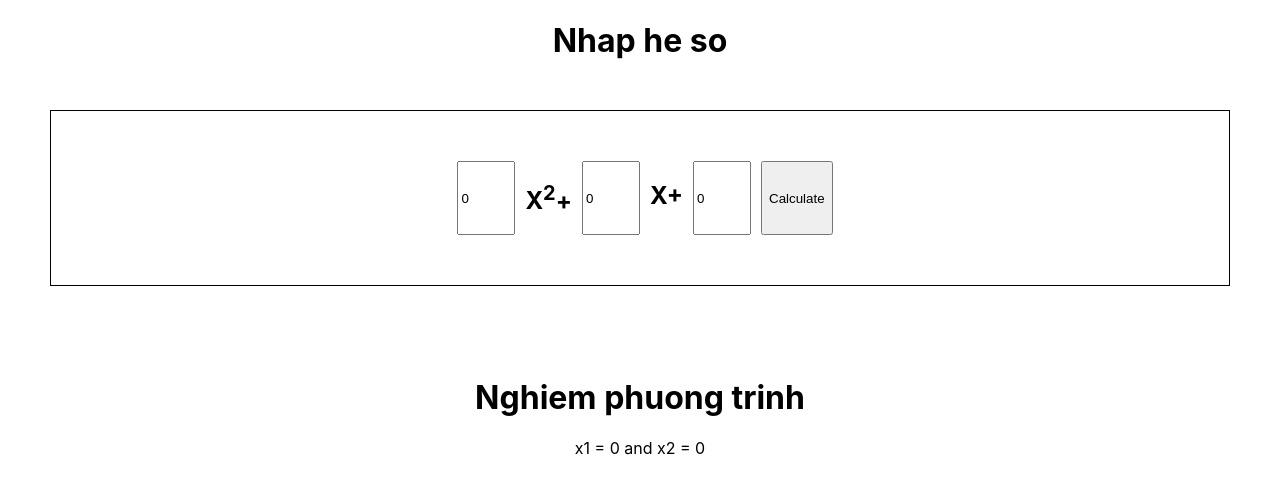
Repository: Trinvm1997/ReactExercise
Page: / (app in quadratic_equation/)
These files come from the project's save history. The page is drawn as it stood at one moment and after the next save; the edit follows.
The browser window is 1280 px wide. The pictures show the whole page.
The project was rebuilt for these pictures with package versions that can differ from the ones it lists, and the page was loaded fresh each time.

Above is the page before, as saved 2020-12-24 10:25:14.

### quadratic_equation/src/App.js
import './App.css';
import React, { Component } from 'react';

class App extends Component {
  constructor(props) {
    super(props);
    this.state = {
      inputA:0,
      inputB:0,
      inputC:0,
      x1:0,
      x2:0

    };
    this.handleChange = this.handleChange.bind(this);
    this.handleSubmit = this.handleSubmit.bind(this);

  }

  handleChange(event) {
    const value = event.target.value;
    const name = event.target.name;
    this.setState({
      [name]: value
    });
  }

  handleSubmit(event) {
    event.preventDefault();
    if(Math.pow(this.state.inputB,2) - 4*this.state.inputA*this.state.inputC < 0){
      this.setState({
          x1: "undefined",
          x2: "undefined"
        });
    }else{
      this.setState({
      x1: (- this.state.inputB + Math.sqrt(Math.pow(this.state.inputB,2) - 4*this.state.inputA*this.state.inputC))/(2*this.state.inputA),
      x2: (- this.state.inputB - Math.sqrt(Math.pow(this.state.inputB,2) - 4*this.state.inputA*this.state.inputC))/(2*this.state.inputA)
    });
  }
}




  render() {
    return (
      <div className="App">
        <h1>Nhap he so</h1>
        <form>
          <input type="number" name="inputA" value={this.state.inputA} onChange={this.handleChange}></input>
          <h2>X<sup>2</sup>+</h2>
          <input type="number" name="inputB" value={this.state.inputB} onChange={this.handleChange}></input>
          <h2>X+</h2>
          <input type="number" name="inputC" value={this.state.inputC} onChange={this.handleChange}></input>
          <button onClick={this.handleSubmit}>Calculate</button>
        </form>
        <br/>
        <h1>Nghiem phuong trinh</h1>
        <p>x1 = {this.state.x1} and x2 = {this.state.x2}</p>
      </div>
    );
  }
}

export default App;

### quadratic_equation/src/App.css
.App {
  text-align: center;
}

.App-logo {
  height: 40vmin;
  pointer-events: none;
}

@media (prefers-reduced-motion: no-preference) {
  .App-logo {
    animation: App-logo-spin infinite 20s linear;
  }
}

.App-header {
  background-color: #282c34;
  min-height: 100vh;
  display: flex;
  flex-direction: column;
  align-items: center;
  justify-content: center;
  font-size: calc(10px + 2vmin);
  color: white;
}

.App-link {
  color: #61dafb;
}

form {
  display: flex;
  justify-content: center;
  border: 1px solid black;
  margin: 50px;
  padding: 50px;
}

form input {
  margin-left: 10px;
  margin-right: 10px;
}

input {
  width: 50px;
  height:auto
}

@keyframes App-logo-spin {
  from {
    transform: rotate(0deg);
  }
  to {
    transform: rotate(360deg);
  }
}

Loaded but not shown: quadratic_equation/public/index.html (common file); quadratic_equation/src/index.js (common file); quadratic_equation/src/index.css (common file); quadratic_equation/src/reportWebVitals.js (common file)

After the next save:
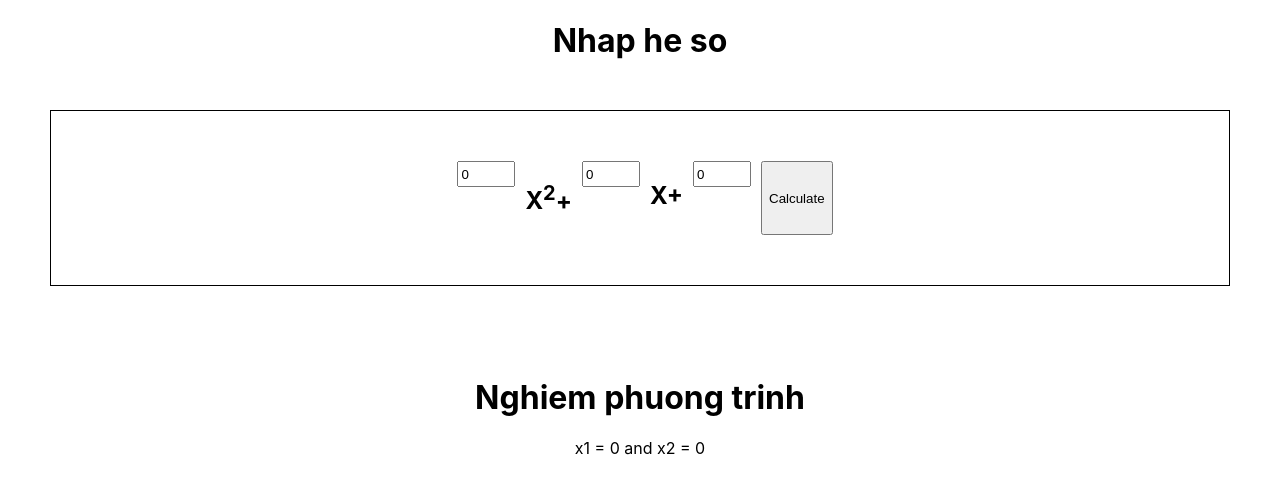
Saved 7 s later.
--- a/quadratic_equation/src/App.css
+++ b/quadratic_equation/src/App.css
@@ -43,7 +43,7 @@ form input {
 
 input {
   width: 50px;
-  height:auto
+  height: 20px
 }
 
 @keyframes App-logo-spin {
